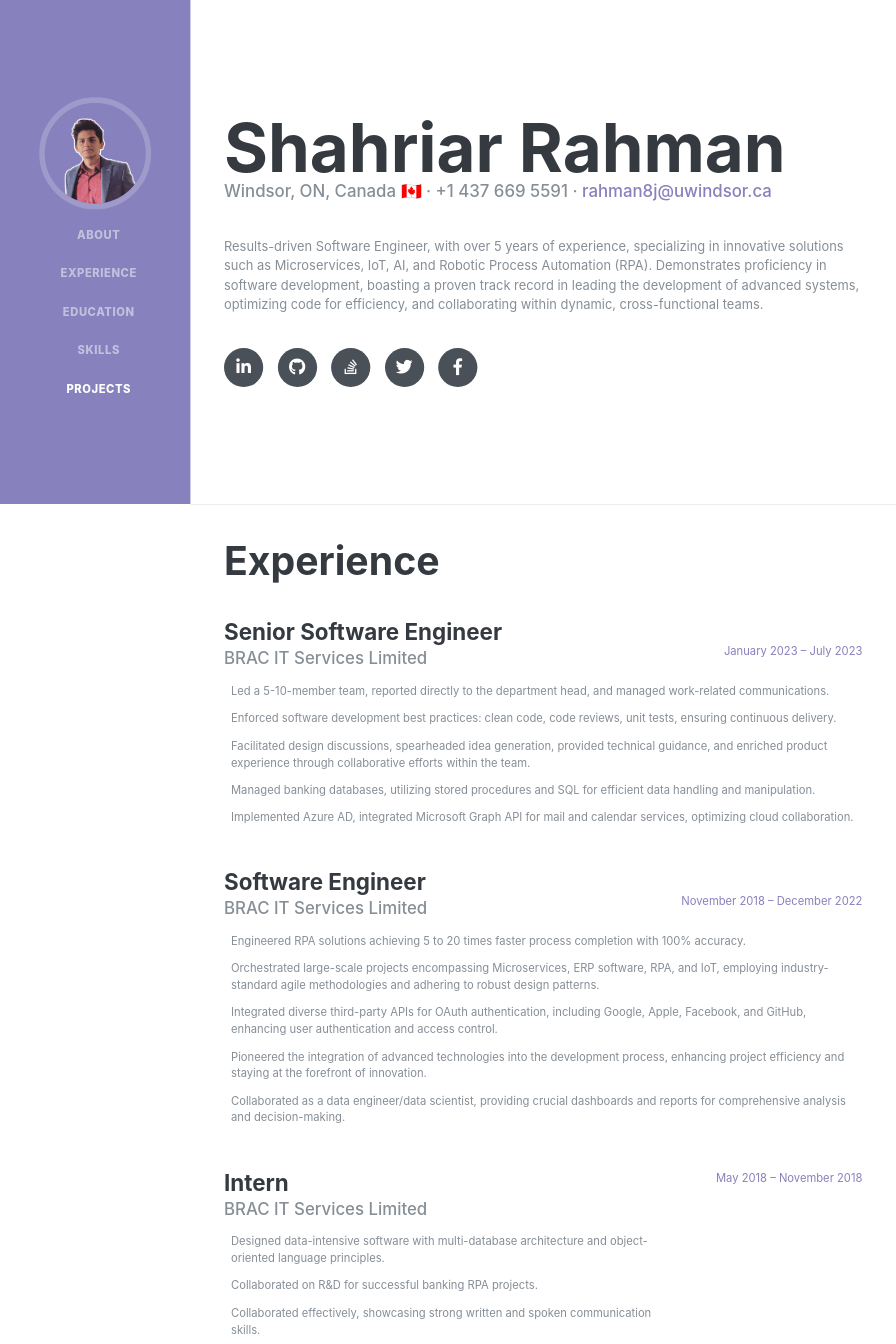
Repository: xahin96/xahin96.github.io
Page: index.html
The author's editor kept a copy of each file at every save. The page is drawn from the files as they stood at one save, then again after the next save.
The browser window is 1280 px wide. The pictures show the part of the page from y = 0 to 1920 px (the page is 5545 px tall), at 70% of full size.
Some web fonts or font styles are not loaded; a fallback is used.

Above is the page before, as saved 2024-04-27 12:35:17.

After the next save:
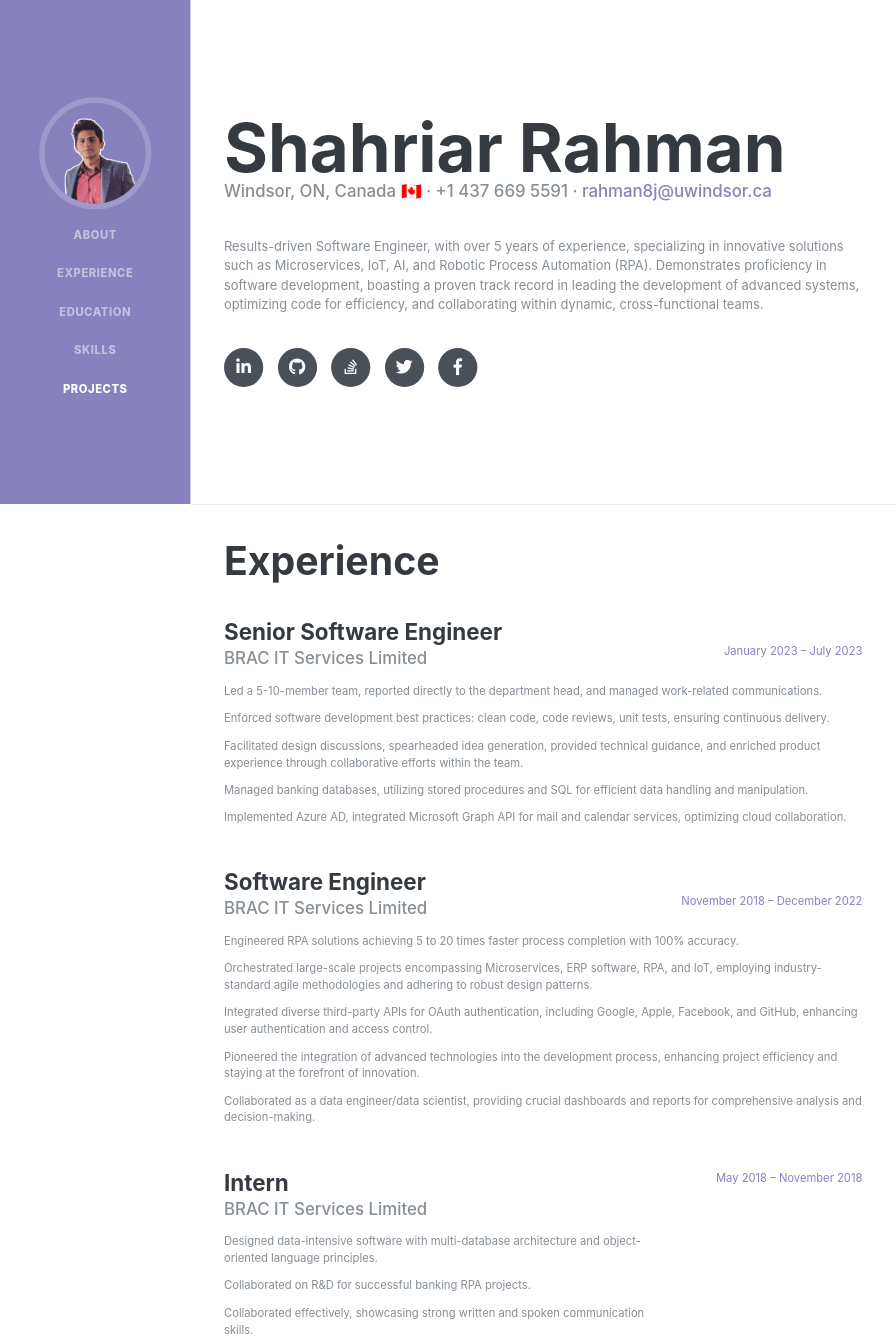
Saved 4 s later.
--- a/css/resume.css
+++ b/css/resume.css
@@ -53,7 +53,6 @@ ul{
 
 li{
   margin-bottom: 15px;
-  margin-left: 10px;
   list-style: none;
 }
 
